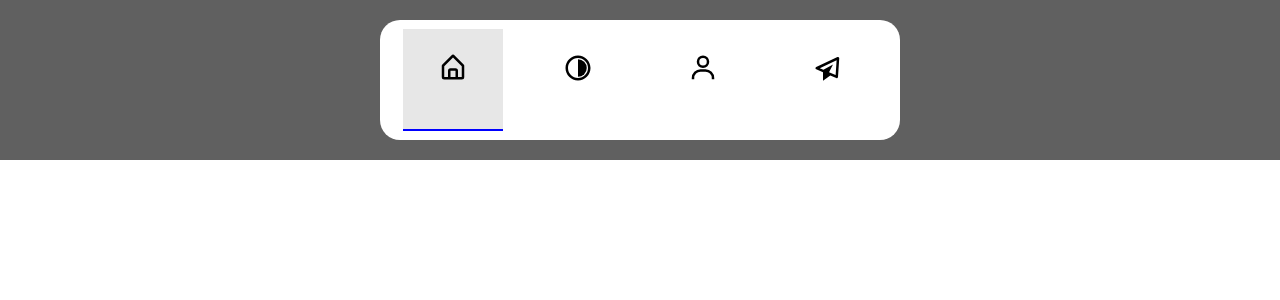
Repository: lethinh2003/pokemon_reactjs
Page: /
The author's editor kept a copy of each file at every save. The page is drawn from the files as they stood at one save, then again after the next save.
The browser window is 1280 px wide. The pictures show the whole page.
The page's requests for data from a server got no answer. The project was rebuilt for these pictures with package versions that can differ from the ones it lists, and the page was loaded fresh each time. A package was used in the major version that the imports need, not the one package.json lists. No one was signed in, and anything a server would have sent is missing. Also part of the build but not shown: src/App.css, src/styles/loading.scss, src/styles/pokemonDetail.scss, src/view/PokemonDetail.jsx, src/styles/modal.scss, src/view/Contact.jsx.

Above is the page before, as saved 2021-11-28 21:18:10.

After the next save:
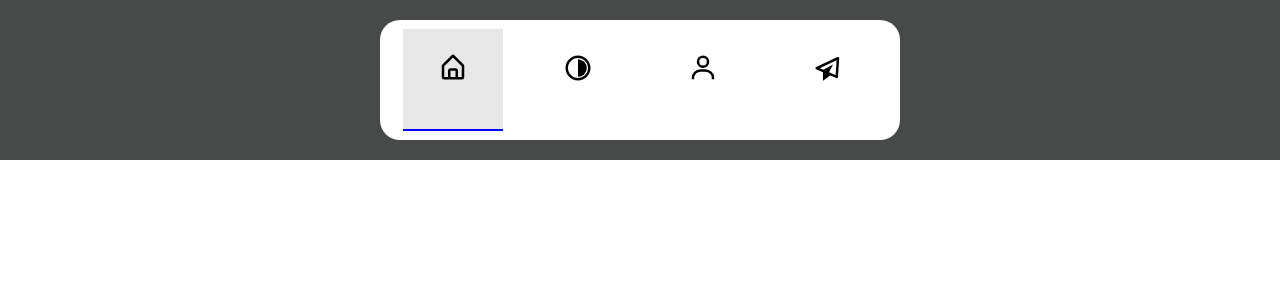
Saved 12 s later.
--- a/src/styles/body.scss
+++ b/src/styles/body.scss
@@ -1,6 +1,6 @@
 .container {
   background-color: rgba(29, 143, 158, 0.507);
-  background-color: rgba(11, 12, 12, 0.65);
+  background-color: rgba(11, 12, 12, 0.753);
   display: flex;
   justify-content: center;
   align-items: center;
